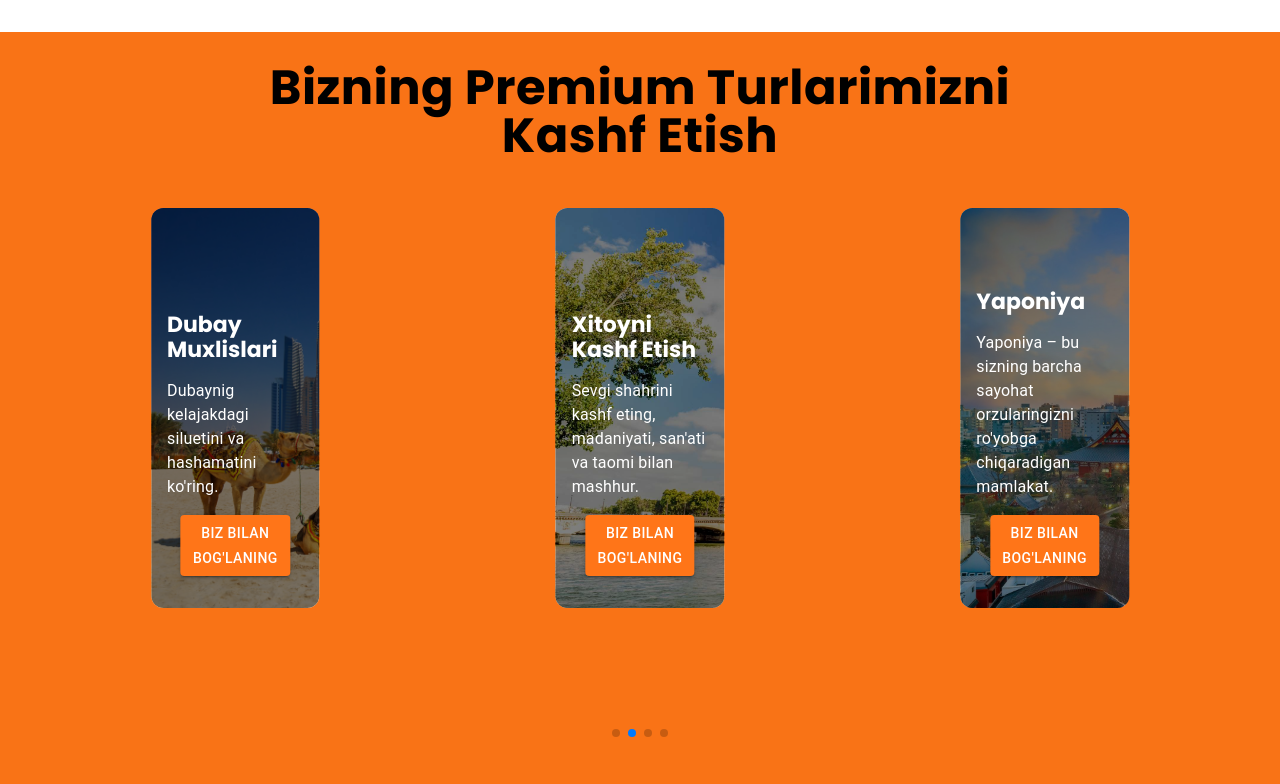
Repository: OgabekErkinov/i-am-tourist
Page: /
An editor plug-in stored every save of this project. The page is shown before and after the next save, followed by the edit.
The browser window is 1280 px wide. The pictures show the whole page.
The project was rebuilt for these pictures with package versions that can differ from the ones it lists, and the page was loaded fresh each time. Also part of the build but not shown: vite.config.js, src/components/navbar/LightDarkButton.jsx, src/I18/i18.js, src/components/navbar/languages/LanguageButton.jsx, src/components/navbar/NavbarItem.jsx, src/components/navbar/SocialNetworks.jsx, src/components/navbar/Logo.jsx, src/components/navbar/SectionsLinks.jsx and 7 more.

Above is the page before, as saved 2024-12-24 16:12:10.

### index.html
<!doctype html>
<html lang="en">
  <head>
    <meta charset="UTF-8" />
    <link rel="icon" type="image/svg+xml" href="https://www.ifly.com.uz/assets/logo-BPA5zOgc.png" />
    <meta name="viewport" content="width=device-width, initial-scale=1.0" />
    <link rel="preconnect" href="https://fonts.googleapis.com">
    <link rel="preconnect" href="https://fonts.gstatic.com" crossorigin>
    <link href="https://fonts.googleapis.com/css2?family=Poppins:ital,wght@0,100;0,200;0,300;0,400;0,500;0,600;0,700;0,800;0,900;1,100;1,200;1,300;1,400;1,500;1,600;1,700;1,800;1,900&display=swap" rel="stylesheet">
    <title>iFLY.com</title>
  </head>
  <body>
    <div id="root"></div>
    <script type="module" src="/src/main.jsx"></script>
  </body>
</html>

### src/index.css
/* Universal Reset */
* {
  margin: 0;
  padding: 0;
  box-sizing: border-box;
}


/* Root Container */
#root {
  max-width: 1900px;
  margin: 0 auto;
  display: flex;
  flex-direction: column;
  align-items: center;
  justify-content: center;
  font-family: 'Poppins';
  box-sizing: border-box;
}

### src/App.jsx
import { Stack } from "@mui/material"
import Header from "./components/header/Header"
import Main from "./components/main/Main"

function App() {


  return (
    <Stack width='100%'
           height='auto'
           alignItems='center'
           gap='1rem'>
        <Header/>
        <Main/>
    </Stack>



  )
}

export default App

### src/components/header/Header.jsx
import { Box, Stack } from '@mui/material';
import Navbar from '../navbar/Navbar';
import Slider from './Slider';
import React from 'react';
import Cards from '../cards/Cards';

const Header = () => {
  return (
    <Stack height="auto"
           width='100%'
           gap="2rem"
           marginBottom='1rem'
           boxSizing="border-box">
             <Stack width="100%"
                    height="auto"
                    alignItems='center'>
                         {/* <Box width="100%"
                              height="10vh"
                              bgcolor="transparent">
                        </Box> */}
                        {/* <Navbar /> */}
                        {/* <Slider /> */}
               </Stack>
               {/* <Cards /> */}
    </Stack>
  );
}

export default Header;

### src/components/main/Main.jsx
import { Stack } from '@mui/material'
import React from 'react'
import PremiumTours from '../premium/PremiumTours'
import TourPlaces from '../tourPlaces/TourPlaces'
import About from '../about/About'

const Main = () => {
  return (
    <Stack width={'100%'}
           height={'auto'}
           alignItems={'center'}
           gap='1rem'>
        <PremiumTours/>
        {/* <TourPlaces/> */}
        {/* <About/> */}

    </Stack>
  )
}

export default Main

### src/components/premium/PremiumTours.jsx
import React from 'react';
import { Stack, Typography, Box } from '@mui/material';
import 'swiper/css';
import 'swiper/css/effect-fade';
import 'swiper/css/pagination';
import 'swiper/css/autoplay';
import { Swiper, SwiperSlide } from 'swiper/react';
import { Navigation, Pagination, Scrollbar, Autoplay } from 'swiper/modules';
import { premiumToursServices } from '../../Database/db';
import PremiumItem from './PremiumItem';

const PremiumTours = () => {

  return (
    <Stack height={'auto'}
           width={'100%'}
           padding={'2rem 2rem'}
           bgcolor={'#F97316'}
           boxSizing={'border-box'} >
          <Stack height={'100%'}
                 width={'100%'}
                 justifyContent={'space-between'}
                 alignItems={'center'}
                 gap={'2rem'}>
              {/* Title */}
                <Typography fontFamily={'Poppins'}
                            width={'70%'}
                            fontSize={'48px'}
                            lineHeight={'48px'}
                            fontWeight={'bold'}
                            textAlign={'center'}
                            height={'auto'}
                            sx={{
                              '@media (max-width: 900px)': {
                               fontSize: '36px',
                               lineHeight: '40px',
                                },
                              '@media (max-width: 600px)': {
                                fontSize: '24px',
                                lineHeight: '28px',
                                },
                               }}>
                               Bizning Premium Turlarimizni Kashf Etish
                 </Typography>
            {/* Slider */}
                 <Box display={'flex'}
                      alignItems={'center'}
                      justifyContent={'center'}
                      height={'35rem'}
                      width={'100%'}>
                      <Swiper
                          modules={[Navigation, Pagination, Scrollbar, Autoplay]}
                          autoplay={{ delay: 2500, disableOnInteraction: false }}
                          navigation
                          pagination={{ clickable: false }}
                          scrollbar={{ draggable: true }}
                          loop={true}
                          style={{
                               width: '100%',
                               height: '100%',
                               padding : '1rem',
                               display : 'flex',
                               justifyContent : 'center',
                               alignItems : 'center' }}
                          breakpoints={{
                               300: {
                                  slidesPerView: 1,
                                  spaceBetween: 10 },
                               525: {
                                  slidesPerView: 2,
                                  spaceBetween: 20 },
                              1200: {
                                  slidesPerView: 3,
                                  spaceBetween: 30 } }}>
                          {
                           premiumToursServices?.map((tour, idx) => {
                                  return (
                                         <SwiperSlide key={idx}>
                                                 <PremiumItem tour={tour} />
                                           </SwiperSlide>
                                          );  })
                           }
                       </Swiper>
                  </Box>
            </Stack>
    </Stack>
  );
};

export default PremiumTours;

### src/Database/db.js
export const social_medias = [
    {
        id : 1,
        name : 'facebook',
        link : 'https://www.facebook.com',
        pathD : 'M279.14 288l14.22-92.66h-88.91v-60.13c0-25.35 12.42-50.06 52.24-50.06h40.42V6.26S260.43 0 225.36 0c-73.22 0-121.08 44.38-121.08 124.72v70.62H22.89V288h81.39v224h100.17V288z'
    },
    {
        id : 2,
        name : 'twitter',
        url : 'https://www.twitter.com',
        pathD : 'M419.37 151.716c.325 4.548.325 9.097.325 13.645 0 138.72-105.583 298.558-298.558 298.558-59.452 0-114.68-17.219-161.137-47.106 8.447.974 16.568 1.299 25.34 1.299 49.055 0 94.213-16.568 130.274-44.832-46.132-.975-84.792-31.188-98.112-72.772 6.498.974 12.995 1.624 19.818 1.624 9.421 0 18.843-1.3 27.614-3.573-48.081-9.747-84.143-51.98-84.143-102.985v-1.299c13.969 7.797 30.214 12.67 47.431 13.319-28.264-18.843-46.781-51.005-46.781-87.391 0-19.492 5.197-37.36 14.294-52.954 51.655 63.675 129.3 105.258 216.365 109.807-1.624-7.797-2.599-15.918-2.599-24.04 0-57.828 46.782-104.934 104.934-104.934 30.213 0 57.502 12.67 76.67 33.137 23.715-4.548 46.456-13.32 66.599-25.34-7.798 24.366-24.366 44.833-46.132 57.827 21.117-2.273 41.584-8.122 60.426-16.243-14.292 20.791-32.161 39.308-52.628 54.253z'
    },
    {
        id : 3,
        name : 'instagram',
        url : 'https://www.instagram.com/ifly.com.uz',
        pathD : 'M224.1 141c-63.6 0-114.9 51.3-114.9 114.9s51.3 114.9 114.9 114.9S339 319.5 339 255.9 287.7 141 224.1 141zm0 189.6c-41.1 0-74.7-33.5-74.7-74.7s33.5-74.7 74.7-74.7 74.7 33.5 74.7 74.7-33.6 74.7-74.7 74.7zm146.4-194.3c0 14.9-12 26.8-26.8 26.8-14.9 0-26.8-12-26.8-26.8s12-26.8 26.8-26.8 26.8 12 26.8 26.8zm76.1 27.2c-1.7-35.9-9.9-67.7-36.2-93.9-26.2-26.2-58-34.4-93.9-36.2-37-2.1-147.9-2.1-184.9 0-35.8 1.7-67.6 9.9-93.9 36.1s-34.4 58-36.2 93.9c-2.1 37-2.1 147.9 0 184.9 1.7 35.9 9.9 67.7 36.2 93.9s58 34.4 93.9 36.2c37 2.1 147.9 2.1 184.9 0 35.9-1.7 67.7-9.9 93.9-36.2 26.2-26.2 34.4-58 36.2-93.9 2.1-37 2.1-147.8 0-184.8zM398.8 388c-7.8 19.6-22.9 34.7-42.6 42.6-29.5 11.7-99.5 9-132.1 9s-102.7 2.6-132.1-9c-19.6-7.8-34.7-22.9-42.6-42.6-11.7-29.5-9-99.5-9-132.1s-2.6-102.7 9-132.1c7.8-19.6 22.9-34.7 42.6-42.6 29.5-11.7 99.5-9 132.1-9s102.7-2.6 132.1 9c19.6 7.8 34.7 22.9 42.6 42.6 11.7 29.5 9 99.5 9 132.1s2.7 102.7-9 132.1z'
    },
    {
        id : 4,
        name : 'linkedIn',
        url : 'https://www.linkedin.com',
        pathD : 'M100.28 448H7.4V148.9h92.88zM53.79 108.1C24.09 108.1 0 83.5 0 53.8a53.79 53.79 0 0 1 107.58 0c0 29.7-24.1 54.3-53.79 54.3zM447.9 448h-92.68V302.4c0-34.7-.7-79.2-48.29-79.2-48.29 0-55.69 37.7-55.69 76.7V448h-92.78V148.9h89.08v40.8h1.3c12.4-23.5 42.69-48.3 87.88-48.3 94 0 111.28 61.9 111.28 142.3V448z'
    },
    {
        id : 5,
        name : 'youtube',
        url : 'https://www.youtube.com',
        pathD : 'M549.655 124.083c-6.281-23.65-24.787-42.276-48.284-48.597C458.781 64 288 64 288 64S117.22 64 74.629 75.486c-23.497 6.322-42.003 24.947-48.284 48.597-11.412 42.867-11.412 132.305-11.412 132.305s0 89.438 11.412 132.305c6.281 23.65 24.787 41.5 48.284 47.821C117.22 448 288 448 288 448s170.78 0 213.371-11.486c23.497-6.321 42.003-24.171 48.284-47.821 11.412-42.867 11.412-132.305 11.412-132.305s0-89.438-11.412-132.305zm-317.51 213.508V175.185l142.739 81.205-142.739 81.201z'
    }
]

export const navLinks = [
    {
        id : 6,
        name : 'Excursions',
        link : '#excursions'
    },
    {
        id : 7,
        name : 'City',
        link : '#city'
    },
    {
        id : 8,
        name : 'About',
        link : '#about'
    },
    {
        id : 9,
        name : 'Contact',
        link : '#contact'
    }
]

export const SliderItems = [
    {
        url : '/malakali.jpg',
        heading : 'Malakali shahar',
        paragraph : "Dunyoning ko'ngilochar poytaxtiga sho'ng'ing."
    },
    {
        url : '/turkiya.jpg',
        heading : 'Sehrli Turkiya',
        paragraph : "Turkiyaning boy tarixi va ajoyib manzaralarini o'rganing."
    },
    {
        url : '/orol.jpg',
        heading : 'Orol chekinishi',
        paragraph : 'Ajoyib orol landshaftlari orasida tinchlikni his eting.'
    },
    {
        url : '/yaponiya.jpg',
        heading : 'Yaponiya',
        paragraph : "Zamonaviy hayot va qadimiy an'analar mamlakati"
    },
    {
        url : '/dubai.jpg',
        heading : "Dubayni kashf eting",
        paragraph : "Birlashgan Arab Amirliklarida hashamat, innovatsiyalar va sarguzashtlarni kashf eting."

    },
    {
        url : '/xitoyni.jpg',
        heading : 'Xitoyni kashf qiling',
        paragraph : "Xitoy: qadimgi tarix, Buyuk devor, innovatsiyalar, jonli madaniyat."
    },
    {
        url : '/tailand.jpg',
        heading : 'Tropik Tailand',
        paragraph : "Chiroyli plyajlarda dam oling va mazali taomlarni tatib ko'ring."
    }
]

export const addBanners = [
    {
        heading : 'Ajoyib plyaj',
        paragraph : 'Zamonaviy plyajlarni kashf eting va quyosh ostida dam oling.'
    },
    {
        heading : "Tog' sarguzashtlari",
        paragraph : "Qiziqarli tog' sayohatiga chiqing va tabiatni o'rganing."
    },
    {
        heading : 'Shahar sayohatlari',
        paragraph : "Qiziqarli tog' sayohatiga chiqing va tabiatni o'rganing."
    }
]

export const languages = [
    {
        lang : "o'zbek",
        flag : '/uzbekistan.png',
        translator : 'uz'
    },
    {
        lang : 'english',
        flag : '/united-states.png',
        translator : 'en'
    },
    {
        lang : 'русский',
        flag : '/russia.png',
        translator : 'ru'
    }
]

export const premiumToursServices = [
    {
        title : 'Tokio Sarguzashtlari',
        paragraph : "Yaponiya yuragida an'ana va texnologiyaning uyg'unligini his eting.",
        image : '/tokioprem.jpg'
    },
    {
        title : 'Dubay Muxlislari',
        paragraph : "Dubaynig kelajakdagi siluetini va hashamatini ko'ring.",
        image : '/dubaipremium.jpg'
    },
    {
        title : 'Xitoyni Kashf Etish',
        paragraph : "Sevgi shahrini kashf eting, madaniyati, san'ati va taomi bilan mashhur.",
        image : '/xitoyprem.jpg'
    },
    {
        title : 'Yaponiya',
        paragraph : "Yaponiya – bu sizning barcha sayohat orzularingizni ro'yobga chiqaradigan mamlakat.",
        image : '/xitoypremium.jpg'
    }
]

export const tourPlaces = [
    {
        image : '/yaponiya.jpg',
        title : 'Tokio, Yaponiya',
        paragraph : "Tokio Yaponiya poytaxti bo'lib, an'anaviy binolarni zamonaviy osmono'parlar bilan birlashtirish."
    },
    {
        image : '/orol.jpg',
        title : 'Orol joyi',
        paragraph : "Shahar shovqinidan uzoqda, tabiatning ajoyib go'zalligida dam oling."
    },
    {
        image : '/dubai.jpg',
        title : 'Dubay, BAA',
        paragraph : "Dubayning hargi skylinesi va hashamatini guvohi boling."
    },
    {
        image : '/vetnam.jpg',
        title : 'Vetnam sarguzashti',
        paragraph : "Vetnamning go'zalligiga kirib boring, rang- barang guruch teraslari va noyob madaniyat bilan tanishing!"
    },
    {
        image : '/maldiv.jpg',
        title : 'Maldivlar',
        paragraph : "Oq qumli plyajlar va toza suvlar bilan tropik jannatda dam oling. Hashamatli kurortlar va ajoyib suv osti dunyosidan zavq oling!"
    },
    {
        image : '/tailand.jpg',
        title : 'Tropik Tailand',
        paragraph : "Tailand chiroyli orollari, ko'chada oziq-ovqat va boy madaniyat merosi bilan mashhur."
    },
    {
        image : '/turkiya.jpg',
        title : "Mo'jizaviy Turkiya",
        paragraph : "Turkiyaning boy tarixini va go'zal manzaralarini kashf eting."
    }
]

export const services = [
    {
        pathD : 'M480 192H365.71L260.61 8.06A16.014 16.014 0 0 0 246.71 0h-65.5c-10.63 0-18.3 10.17-15.38 20.39L214.86 192H112l-43.2-57.6c-3.02-4.03-7.77-6.4-12.8-6.4H16.01C5.6 128-2.04 137.78.49 147.88L32 256 .49 364.12C-2.04 374.22 5.6 384 16.01 384H56c5.04 0 9.78-2.37 12.8-6.4L112 320h102.86l-49.03 171.6c-2.92 10.22 4.75 20.4 15.38 20.4h65.5c5.74 0 11.04-3.08 13.89-8.06L365.71 320H480c35.35 0 96-28.65 96-64s-60.65-64-96-64z',
        title : 'Xalqaro Sayohat',
        paragraph : "Dunyodagi eng go'zal joylarga sayohatlarni tashkil etamiz.",
        color : 'blue'
    },
    {
        icon : 'M560 64c8.84 0 16-7.16 16-16V16c0-8.84-7.16-16-16-16H16C7.16 0 0 7.16 0 16v32c0 8.84 7.16 16 16 16h15.98v384H16c-8.84 0-16 7.16-16 16v32c0 8.84 7.16 16 16 16h240v-80c0-8.8 7.2-16 16-16h32c8.8 0 16 7.2 16 16v80h240c8.84 0 16-7.16 16-16v-32c0-8.84-7.16-16-16-16h-16V64h16zm-304 44.8c0-6.4 6.4-12.8 12.8-12.8h38.4c6.4 0 12.8 6.4 12.8 12.8v38.4c0 6.4-6.4 12.8-12.8 12.8h-38.4c-6.4 0-12.8-6.4-12.8-12.8v-38.4zm0 96c0-6.4 6.4-12.8 12.8-12.8h38.4c6.4 0 12.8 6.4 12.8 12.8v38.4c0 6.4-6.4 12.8-12.8 12.8h-38.4c-6.4 0-12.8-6.4-12.8-12.8v-38.4zm-128-96c0-6.4 6.4-12.8 12.8-12.8h38.4c6.4 0 12.8 6.4 12.8 12.8v38.4c0 6.4-6.4 12.8-12.8 12.8h-38.4c-6.4 0-12.8-6.4-12.8-12.8v-38.4zM179.2 256h-38.4c-6.4 0-12.8-6.4-12.8-12.8v-38.4c0-6.4 6.4-12.8 12.8-12.8h38.4c6.4 0 12.8 6.4 12.8 12.8v38.4c0 6.4-6.4 12.8-12.8 12.8zM192 384c0-53.02 42.98-96 96-96s96 42.98 96 96H192zm256-140.8c0 6.4-6.4 12.8-12.8 12.8h-38.4c-6.4 0-12.8-6.4-12.8-12.8v-38.4c0-6.4 6.4-12.8 12.8-12.8h38.4c6.4 0 12.8 6.4 12.8 12.8v38.4zm0-96c0 6.4-6.4 12.8-12.8 12.8h-38.4c-6.4 0-12.8-6.4-12.8-12.8v-38.4c0-6.4 6.4-12.8 12.8-12.8h38.4c6.4 0 12.8 6.4 12.8 12.8v38.4z',
        title : 'Qulay Mehmonxonalar',
        paragraph : " Eng yaxshi va eng qulay mehmonxonalar bilan qoling.",
        color : 'green'
    },
    {
        icon : 'M416 320h-96c-17.6 0-32-14.4-32-32s14.4-32 32-32h96s96-107 96-160-43-96-96-96-96 43-96 96c0 25.5 22.2 63.4 45.3 96H320c-52.9 0-96 43.1-96 96s43.1 96 96 96h96c17.6 0 32 14.4 32 32s-14.4 32-32 32H185.5c-16 24.8-33.8 47.7-47.3 64H416c52.9 0 96-43.1 96-96s-43.1-96-96-96zm0-256c17.7 0 32 14.3 32 32s-14.3 32-32 32-32-14.3-32-32 14.3-32 32-32zM96 256c-53 0-96 43-96 96s96 160 96 160 96-107 96-160-43-96-96-96zm0 128c-17.7 0-32-14.3-32-32s14.3-32 32-32 32 14.3 32 32-14.3 32-32 32z',
        title : "Maxsus yo'nalishlar",
        paragraph : "Har bir mijoz uchun individual yo'nalishlarni yaratamiz.",
        color : 'orange'
    },
    {
        icon : 'M192 256c61.9 0 112-50.1 112-112S253.9 32 192 32 80 82.1 80 144s50.1 112 112 112zm76.8 32h-8.3c-20.8 10-43.9 16-68.5 16s-47.6-6-68.5-16h-8.3C51.6 288 0 339.6 0 403.2V432c0 26.5 21.5 48 48 48h288c26.5 0 48-21.5 48-48v-28.8c0-63.6-51.6-115.2-115.2-115.2zM480 256c53 0 96-43 96-96s-43-96-96-96-96 43-96 96 43 96 96 96zm48 32h-3.8c-13.9 4.8-28.6 8-44.2 8s-30.3-3.2-44.2-8H432c-20.4 0-39.2 5.9-55.7 15.4 24.4 26.3 39.7 61.2 39.7 99.8v38.4c0 2.2-.5 4.3-.6 6.4H592c26.5 0 48-21.5 48-48 0-61.9-50.1-112-112-112z',
        title : "Malakali yo'riqchilar",
        paragraph : " Har bir mijoz uchun individual yo'nalishlarni yaratamiz.",
        color : 'violet'
    }

]

### src/components/premium/PremiumItem.jsx
import { Box, Button, Stack, Typography } from '@mui/material';
import React from 'react';

const PremiumItem = ({ tour }) => {
  return (
    <Box height="25rem"
         display="flex"
         justifyContent="center"
         alignItems="center"
         borderRadius="12px"
         overflow="hidden"
         position="relative"
         sx={{
             transition : '0.3s',
             backgroundImage: `url(${tour?.image})`,
             backgroundSize: 'cover',
             '@media(min-width : 300px)' : {
                         width : '90%',
                         marginX : 'auto'  },
             '@media(min-width : 525px)' : {
                         width : '45%' },
              '&:hover' : {
                transform : 'scale(1.1)',
                transition : '0.3s',
              } }} >
         <Stack height="100%"
                width="100%"
                padding="2rem 0"
                boxSizing="border-box"
                borderRadius="12px"
                alignItems="center"
                bgcolor="rgba(0, 0, 0, 0.5)"
                position="absolute"
                zIndex={1}
                sx={{
                  '@media(min-width : 300px)' : {
                         justifyContent : 'center',
                         alignItems : 'center',
                         paddingX : '1rem',
                         gap : '1rem' },
                  '@media(min-width : 524px)' : {
                         justifyContent : 'flex-end',
                         alignItems : 'start' } }} >
                 <Typography variant="h3"
                             sx={{
                               fontWeight: 'bold',
                               fontFamily: 'Poppins',
                               color: 'white',
                               textAlign: 'start',
                               paddingRight: '10px',
                               margin: 0,
                               width: 'auto',
                              '@media (min-width: 300px)': {
                                      fontSize: '18px'  },
                              '@media (min-width : 524px)' : {
                                      fontSize : '22px'  }  }}  >
                               {tour.title}
                  </Typography>
                  <Typography width="auto"
                              sx={{
                                color: 'white',
                                textAlign: 'start',
                               '@media (min-width: 300px)': {
                                        fontSize: '12px',
                                        height : 'auto',
                                        textAlign : 'center' },
                                '@media (min-width : 524px)' : {
                                        fontSize : '16px',
                                        textAlign : 'start' } }}>
                                        {tour.paragraph}
                   </Typography>
                   <Button variant="contained"
                           sx={{
                              color: 'white',
                              backgroundColor: '#FF7518',
                              width : '80%',
                              margin : '0 auto' }}>
                           Biz bilan bog'laning
                  </Button>
      </Stack>
    </Box>
  );
};

export default PremiumItem;

Loaded but not shown: src/main.jsx (common file)

After the next save:
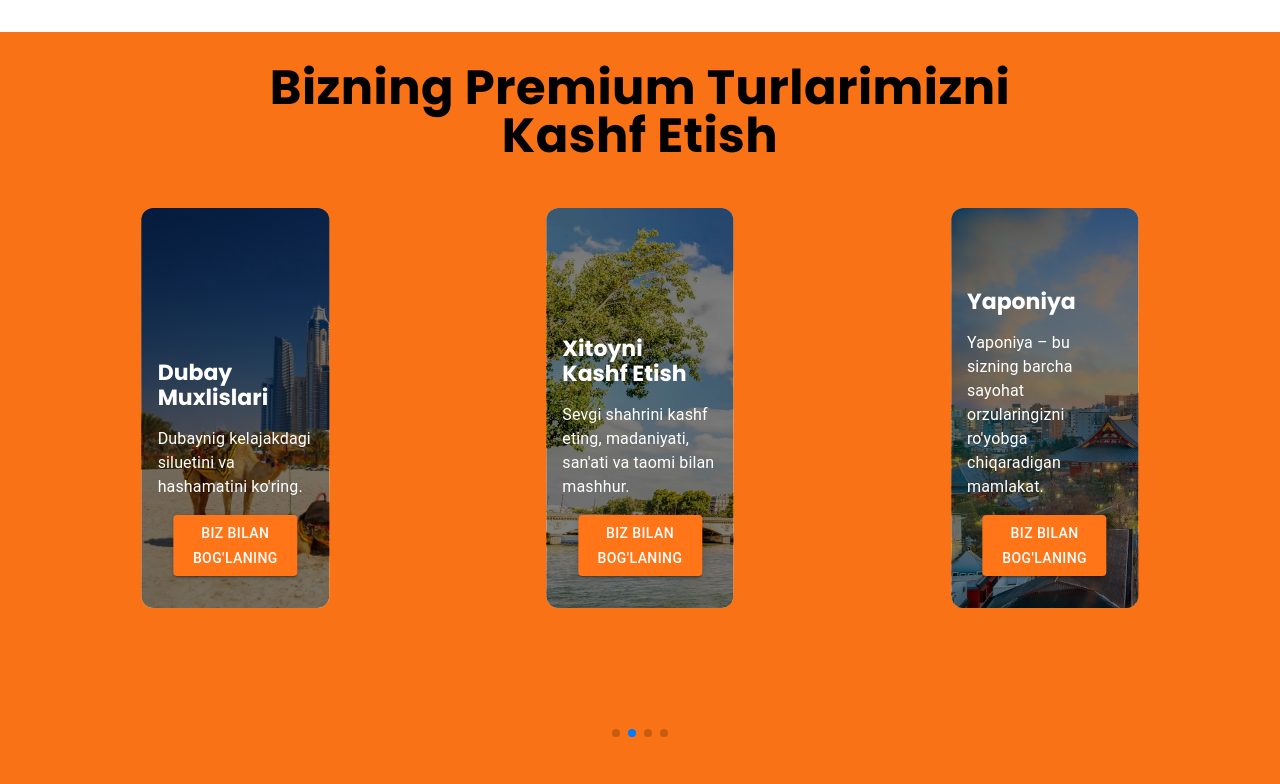
Saved 35 s later.
--- a/src/components/premium/PremiumItem.jsx
+++ b/src/components/premium/PremiumItem.jsx
@@ -18,7 +18,7 @@ const PremiumItem = ({ tour }) => {
                          width : '90%',
                          marginX : 'auto'  },
              '@media(min-width : 525px)' : {
-                         width : '45%' },
+                         width : '50%' },
               '&:hover' : {
                 transform : 'scale(1.1)',
                 transition : '0.3s',
